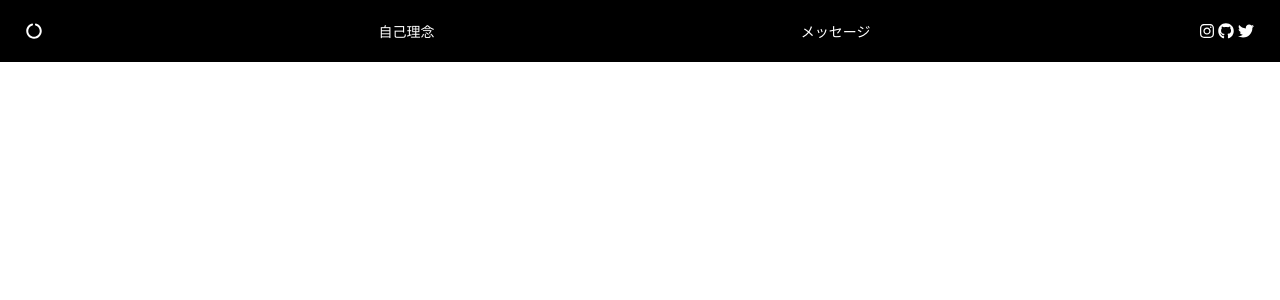
Repository: Rujuu-prog/react-mysite
Page: /
The author's editor kept a copy of each file at every save. The page is drawn from the files as they stood at one save, then again after the next save.
The browser window is 1280 px wide. The pictures show the whole page.
The project was rebuilt for these pictures with package versions that can differ from the ones it lists, and the page was loaded fresh each time. A package was used in the major version that the imports need, not the one package.json lists.

Above is the page before, as saved 2021-05-12 22:06:33.

After the next save:
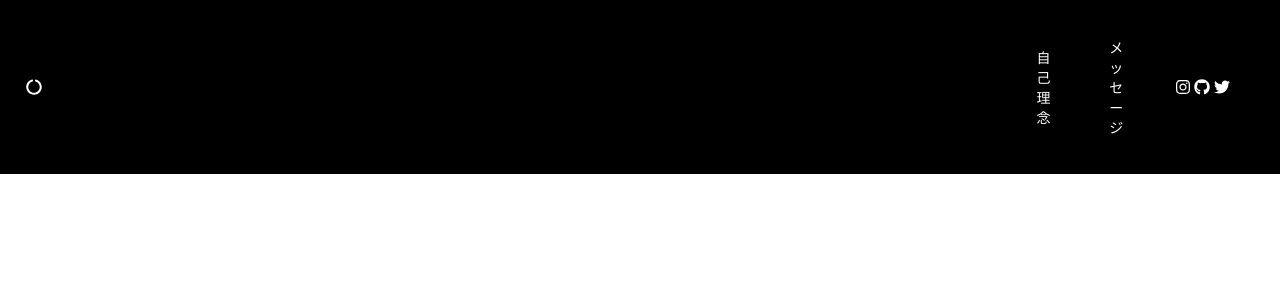
Saved 40 s later.
--- a/src/components/templates/HeaderOnly.tsx
+++ b/src/components/templates/HeaderOnly.tsx
@@ -6,6 +6,7 @@ import { Header } from "../atoms/layout/Header";
 import { SecondaryButton } from "../atoms/button/SecondaryButton"
 import { IconList } from "../molecules/IconList";
 import { SiteIcon } from "../atoms/icon/SiteIcon";
+import { NaviBar } from "../atoms/layout/NaviBar";
 
 type Props = {
     children?: React.ReactNode;
@@ -16,9 +17,7 @@ export const HeaderOnly: React.FC<Props> = ({children}) => {
     <>
         <Header>
             <SiteIcon/>
-            <SecondaryButton>自己理念</SecondaryButton>
-            <SecondaryButton>メッセージ</SecondaryButton>
-            <IconList/>
+            <NaviBar/>
         </Header>
         {children}
     </>
